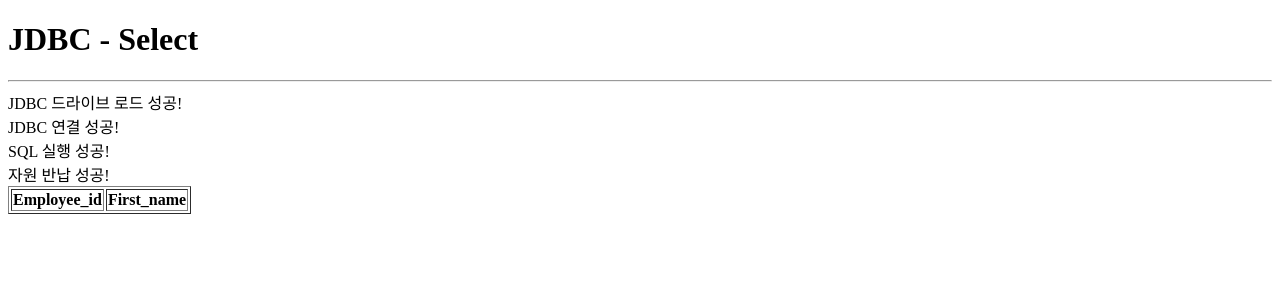
Repository: khy4701/JavaServerPage-Servlet
Page: http://localhost/05.JDBCProject/select.jsp
An editor plug-in stored every save of this project. The page is shown before and after the next save, followed by the edit.
The browser window is 1280 px wide. The pictures show the whole page.
The page is served by Tomcat 9. Queries for data that is not in the repository find no rows.

Above is the page before, as saved 2016-07-20 06:55:46.

After the next save:
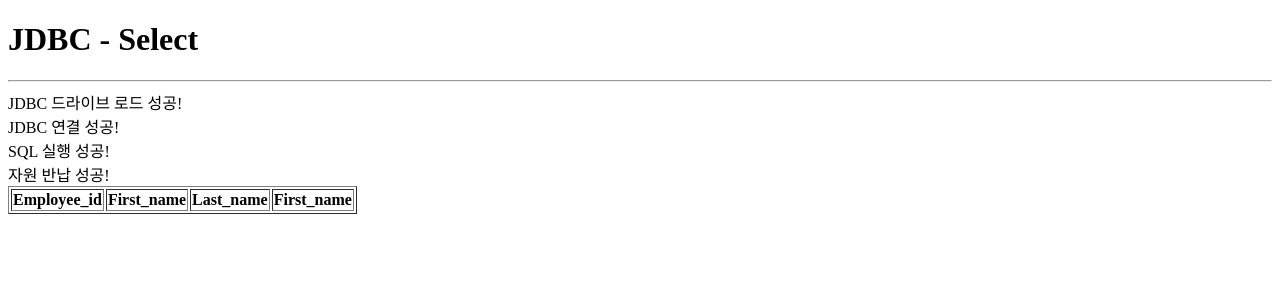
Saved 11 s later.
--- a/05.JDBCProject/WebContent/select.jsp
+++ b/05.JDBCProject/WebContent/select.jsp
@@ -50,6 +50,7 @@
 	//4. 결과 처리
 	out.print("<table border =\"1\">");
 	out.print("<tr> <th>Employee_id</th> <th>First_name</th> ");
+	out.print("<th>Last_name</th> <th>First_name</th> ");
 	while(rs.next())
 	{
 		out.print("<tr><td>");
